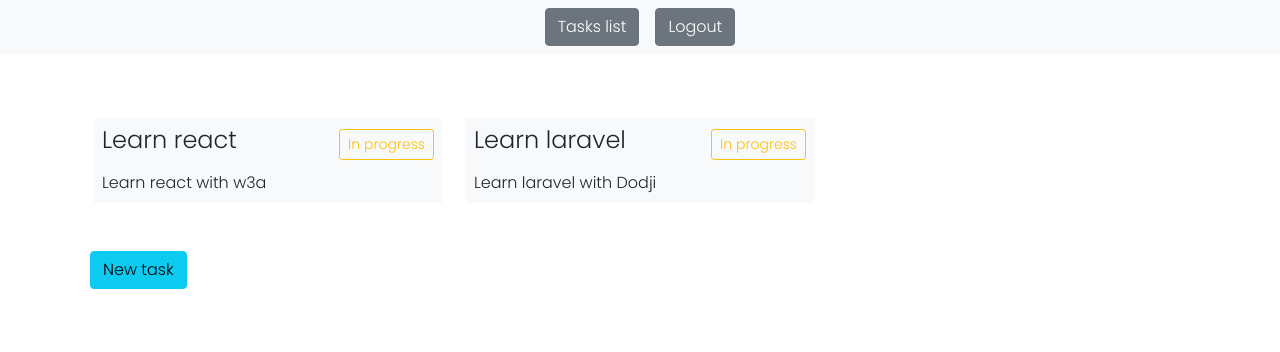
Repository: FS-23/react-task-manager
Page: /tasks/list
An editor plug-in stored every save of this project. The page is shown before and after the next save, followed by the edit.
The browser window is 1280 px wide. The pictures show the whole page.
The page's requests for data from a server got no answer. The project was rebuilt for these pictures with package versions that can differ from the ones it lists, and the page was loaded fresh each time. No one was signed in, and anything a server would have sent is missing. Also part of the build but not shown: src/components/Login.js, src/components/AddTask.js, src/components/TaskDetail.js.

Above is the page before, as saved 2022-05-13 15:16:00.

### public/index.html
<!DOCTYPE html>
<html lang="en">
  <head>
    <meta charset="utf-8" />
    <link rel="icon" href="%PUBLIC_URL%/favicon.ico" />
    <meta name="viewport" content="width=device-width, initial-scale=1" />
    <meta name="theme-color" content="#000000" />
    <meta  name="description" content="Web site created using create-react-app"/>
    <link rel="apple-touch-icon" href="%PUBLIC_URL%/logo192.png" />

    <link rel="manifest" href="%PUBLIC_URL%/manifest.json" />

    <title>React App</title>

    <!-- CSS only -->
   <link href="https://cdn.jsdelivr.net/npm/bootstrap@5.1.3/dist/css/bootstrap.min.css" rel="stylesheet" >
  </head>
  <body>
    <noscript>You need to enable JavaScript to run this app.</noscript>
    <div id="root"></div>


    <!-- JavaScript Bundle with Popper -->
    <script src="https://cdn.jsdelivr.net/npm/bootstrap@5.1.3/dist/js/bootstrap.bundle.min.js"></script>
  </body>
</html>

### src/index.js
import React from 'react';
import ReactDOM from 'react-dom/client';
import './index.css';
import App from './App';
//import 'https://cdn.jsdelivr.net/npm/bootstrap@5.1.3/dist/css/bootstrap.min.css'

const root = ReactDOM.createRoot(document.getElementById('root'));
root.render(
  <React.StrictMode>
    <App />
  </React.StrictMode>
);

// If you want to start measuring performance in your app, pass a function
// to log results (for example: reportWebVitals(console.log))
// or send to an analytics endpoint. Learn more: https://bit.ly/CRA-vitals

### src/index.css

.login-bg {
     background-image: linear-gradient(160deg , red , blue);
}

@font-face {
  font-family: "Poppins";
  src: url(./font/Poppins-Light.ttf);
}

*{
   font-family:  "Poppins" , sans-serif;
}

### src/App.js

import Login from "./components/Login";
import TaskList from "./components/TaskList";
import AddTask from './components/AddTask'
import TaskDetail from "./components/TaskDetail";
import Layout from "./components/Layout";
import TaskLayout from "./components/TaskLayout";

import { BrowserRouter , Routes , Route, Link } from 'react-router-dom'


function App() {
  return (

    <BrowserRouter>
         <Routes>
              <Route path="/login" element={<Login />}></Route>
              <Route path="/" element={<Layout />}>
                  <Route  index element={<TaskLayout/>}></Route>
                   <Route  path="tasks" element={<TaskLayout/>}>
                      <Route index element = {<TaskList/>}></Route>
                      <Route path="list" element = {<TaskList/>}></Route>
                      <Route path=":id" element = {<TaskDetail/>}></Route>
                      <Route path="edit/:id" element = {<AddTask/>}></Route>
                   </Route>
              </Route>
              <Route path="*" element={
                (<div className="text-secondary text-center display-6 mt-3">
                  Ouuups ressource not found !!!!

                  <Link to="/" className="btn btn-primary ms-2"> Home </Link>
                </div>)
              }></Route>
         </Routes>

    </BrowserRouter>

  );
}




export default App;

### src/components/TaskList.js
import { db } from '../firebase-config'
import { collection , getDocs } from 'firebase/firestore'
import { useState , useEffect} from 'react'
import { Link } from 'react-router-dom'
function TaskList(){

    let tasksRef = collection(db , 'tasks')
    let [inputs , setInputs] = useState({})
    let tasks = [
         {id: 1 , title: "Learn react" , description: "Learn react with w3a"} ,
         {id: 2 , title: 'Learn laravel' , description: "Learn laravel with Dodji" }
    ]

    function handleOnChange(event){
        let name = event.target.name
        let value = event.target.value

        setInputs(inputs => ({...inputs , [name]: value}))
    }

    function handleOnSubmit(event){
        event.preventDefault();
        console.log('inputs:', inputs)
    }

    function getTasks(){
        getDocs(tasksRef)
         .then(res => {
             let list = res.docs.map( item => ({...item.data() , id: item.id}))
             console.log('list:', list)
         })
         .catch(err => console.log('error:', err))
    }

    useEffect(()=>{
        getTasks()
    })
    return (
        <div>
            <div className='row m-0'>
                    {
                        tasks.map( (task , index) => (
                            <div key={index} className="mt-3 col-12 col-sm-6 col-lg-3 col-xl-4">
                                <div className='bg-light p-2'>
                                    <div className='d-flex mb-2 justify-content-between align-items-center'>
                                       <h4>{task.title} </h4>
                                       <button className='btn btn-outline-warning btn-sm'>{task.completed ? "Completed" : "In progress"}</button>
                                    </div>
                                    <div>{task.description}</div>
                                    <div>
                                        <inputs  type="checkbox"/>
                                    </div>
                                </div>
                            </div>
                        ))
                    }
            </div>



            <div className='mt-5 ps-2'>
               <Link to="/tasks/edit/0"  className='btn btn-info'>New task</Link>
            </div>


        </div>
    )
}

export default TaskList

### src/components/Layout.js
import { Link, Outlet } from "react-router-dom";

function Layout(){
    return (
        <div>
            <div className="text-center bg-light p-2">
                <Link className="btn btn-secondary" to="/tasks/list">Tasks list</Link>
                <Link className="btn btn-secondary ms-3" to="/login">Logout</Link>
            </div>
            <div className="container mt-5">
               <Outlet />
            </div>
        </div>

    )
}

export default Layout

### src/components/TaskLayout.js
import { Outlet } from "react-router-dom";

function TaskLayout(){
    return (
        <div>
            <Outlet />
        </div>
    )
}

export default TaskLayout

### src/firebase-config.js
import { initializeApp } from "firebase/app";
import { getFirestore } from '@firebase/firestore'

const firebaseConfig = {
  apiKey: "AIzaSyD5rTrE9gHlZjhMAg4WTwj3vbyKvT4yrpo",
  authDomain: "fs-23-taskmanager.firebaseapp.com",
  projectId: "fs-23-taskmanager",
  storageBucket: "fs-23-taskmanager.appspot.com",
  messagingSenderId: "409848607226",
  appId: "1:409848607226:web:1000e7ce8565398a1c7443",
  measurementId: "G-2303C3SQ8G"
};

// Initialize Firebase
const app = initializeApp(firebaseConfig);

export const db = getFirestore(app)

After the next save:
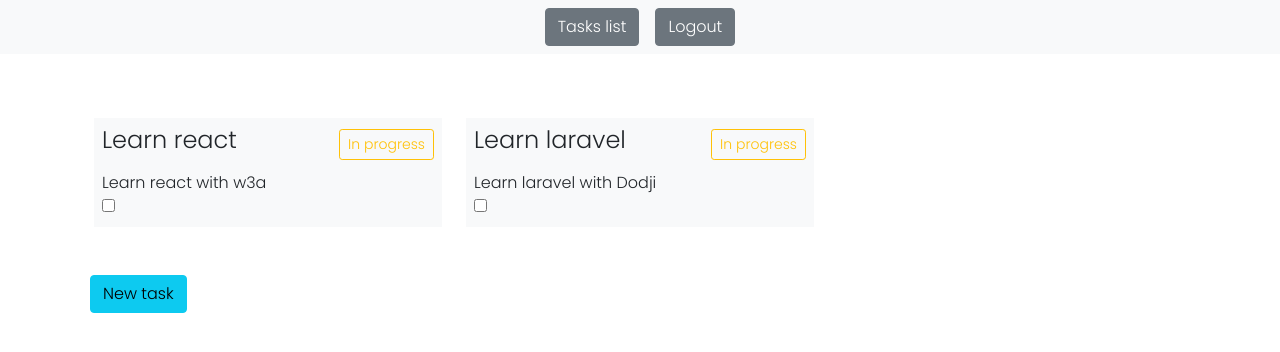
Saved 8 s later.
--- a/src/components/TaskList.js
+++ b/src/components/TaskList.js
@@ -48,7 +48,7 @@ function TaskList(){
                                     </div>
                                     <div>{task.description}</div>
                                     <div>
-                                        <inputs  type="checkbox"/>
+                                        <input  type="checkbox"/>
                                     </div>
                                 </div>
                             </div>
